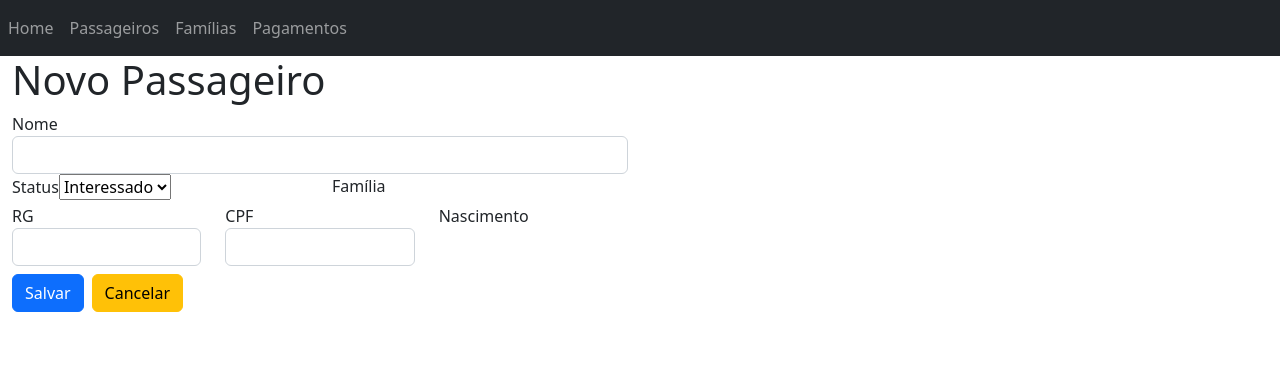
Repository: midianet/trip-web
Page: /passageiro/novo
These files come from the project's save history. The page is drawn as it stood at one moment and after the next save; the edit follows.
The browser window is 1280 px wide. The pictures show the whole page.
The page's requests for data from a server got no answer. The project was rebuilt for these pictures with package versions that can differ from the ones it lists, and the page was loaded fresh each time. No one was signed in, and anything a server would have sent is missing. Also part of the build but not shown: src/home/home.css, src/home/index.js, src/family/FamilyList.js, src/family/FamilyForm.js, src/passenger/PassengerList.js, src/payment/PaymentList.js.

Above is the page before, as saved 2022-07-22 18:54:06.

After the next save:
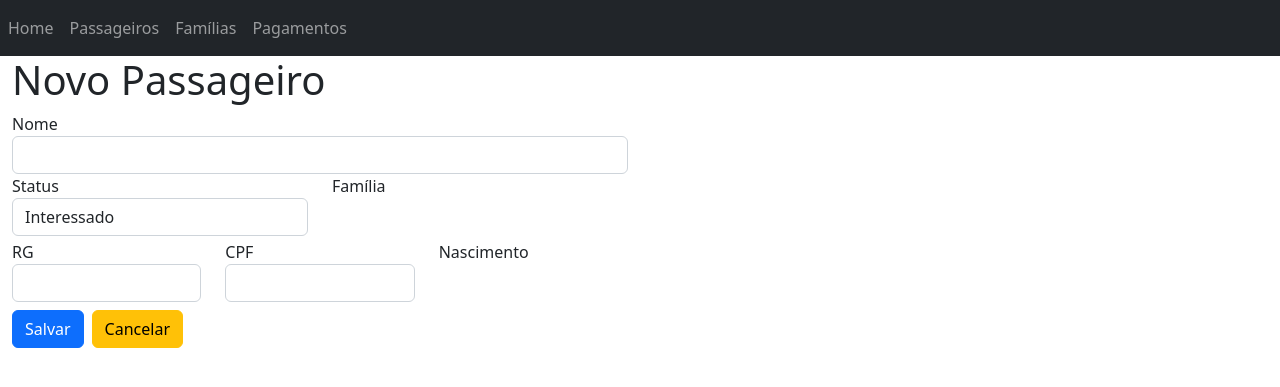
Saved 22 s later.
--- a/src/passenger/PassengerForm.js
+++ b/src/passenger/PassengerForm.js
@@ -140,7 +140,7 @@ function PassengerForm() {
                             <Controller control={control} name="status"
                             rules={{ required: true }}
                             render={({field}) => (
-                                <select {...field} value={statusList.find(e => e.value === field.value)} onChange={(e) => setValue('status', e.value)}>
+                                <select {...field} value={statusList.find(e => e.value === field.value)} className={`form-control ${errors.name ? 'is-invalid' : ''}`} onChange={(e) => setValue('status', e.value)}>
                                     {statusList.map((option) => (<option value={option.value}>{option.label}</option>))}
                                 </select>
                             )}/>
